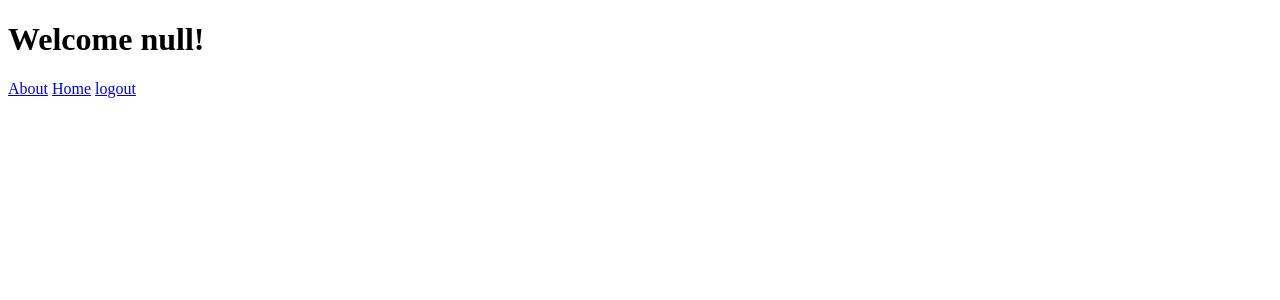
Repository: deepakkthakur/java
Page: http://localhost/GetPostDemo/profile.jsp
The author's editor kept a copy of each file at every save. The page is drawn from the files as they stood at one save, then again after the next save.
The browser window is 1280 px wide. The pictures show the whole page.
The page is served by Tomcat 10.

Above is the page before, as saved 2024-04-10 12:09:32.

After the next save:
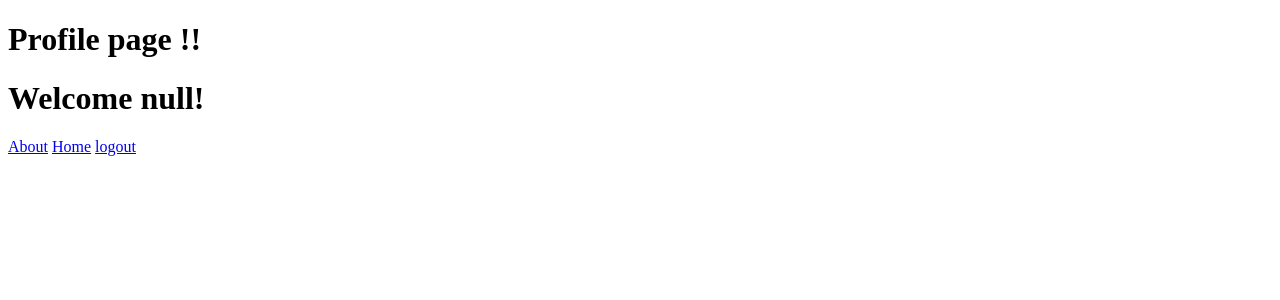
Saved 70 s later.
--- a/GetPostDemo/src/main/webapp/profile.jsp
+++ b/GetPostDemo/src/main/webapp/profile.jsp
@@ -7,6 +7,7 @@
 <title>Insert title here</title>
 </head>
 <body>
+<h1>Profile page !!</h1>
 <% String user = (String) session.getAttribute("user"); %>
 <%-- <% String user1 = (String) request.getAttribute("user"); %> --%>
 	<h1>Welcome  <%= user %>!</h1>
